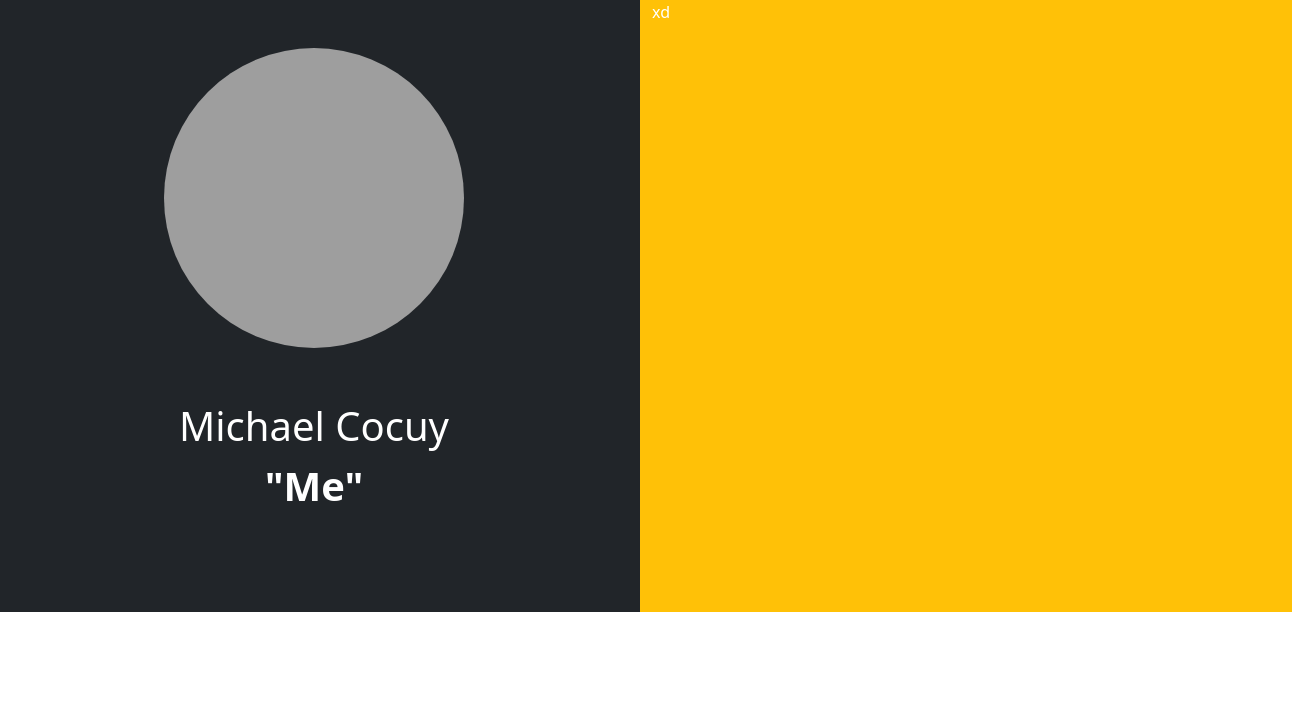
Repository: TzStrikerYT/Dise-o-web-NA00
Page: Proyecto_personal/index.html
An editor plug-in stored every save of this project. The page is shown before and after the next save, followed by the edit.
The browser window is 1280 px wide. The page is 1292 px wide, so the pictures cover 1292 px, including what lies to the right of the window. The pictures show the whole page.
Pictures or frames that could not be fetched are drawn as grey boxes.

Above is the page before, as saved 2024-08-28 21:24:53.

After the next save:
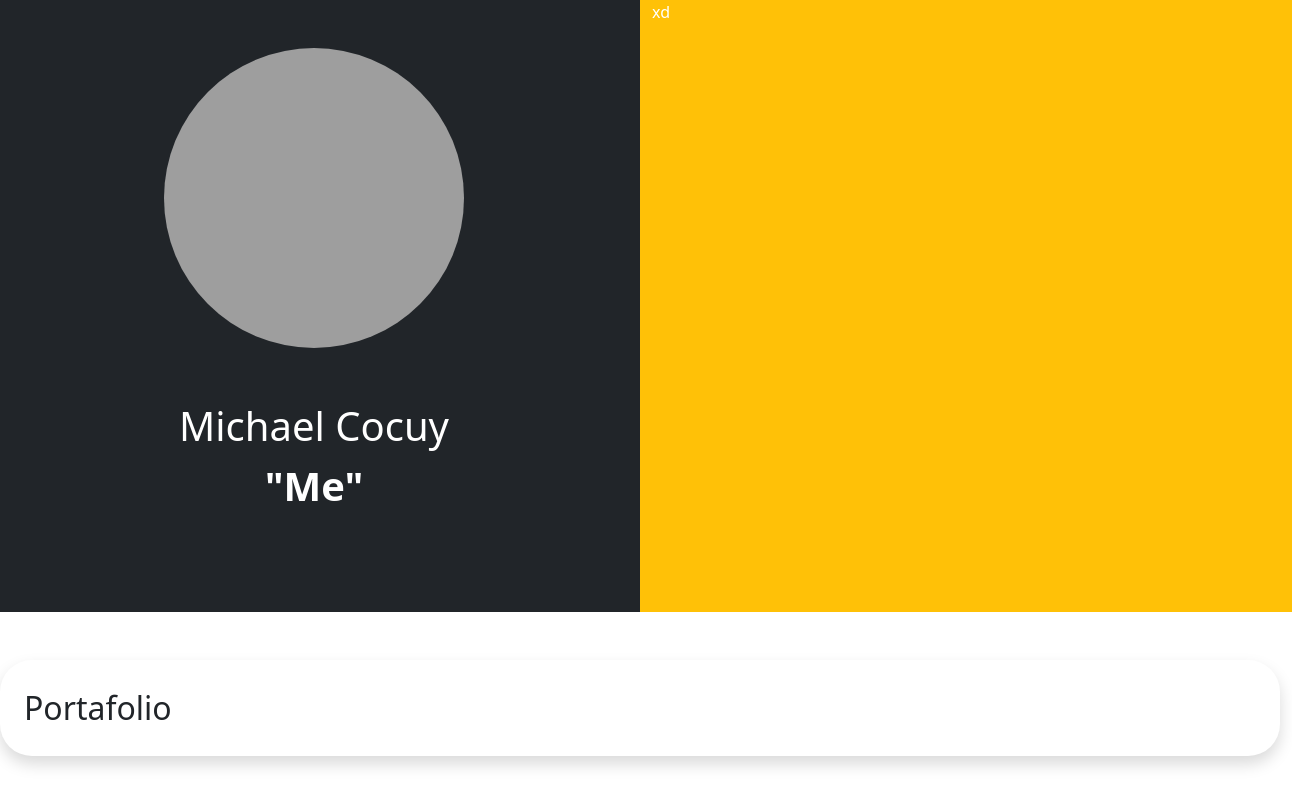
Saved 35 s later.
--- a/Proyecto_personal/index.html
+++ b/Proyecto_personal/index.html
@@ -34,7 +34,9 @@
 
     <div class="py-5">
 
-      <div class="shadow border-0 rounded-5 shadow"></div>
+      <div class="p-4 shadow border-0 rounded-5 shadow">
+        <span class="fs-2">Portafolio</span>
+      </div>
 
     </div>
 
